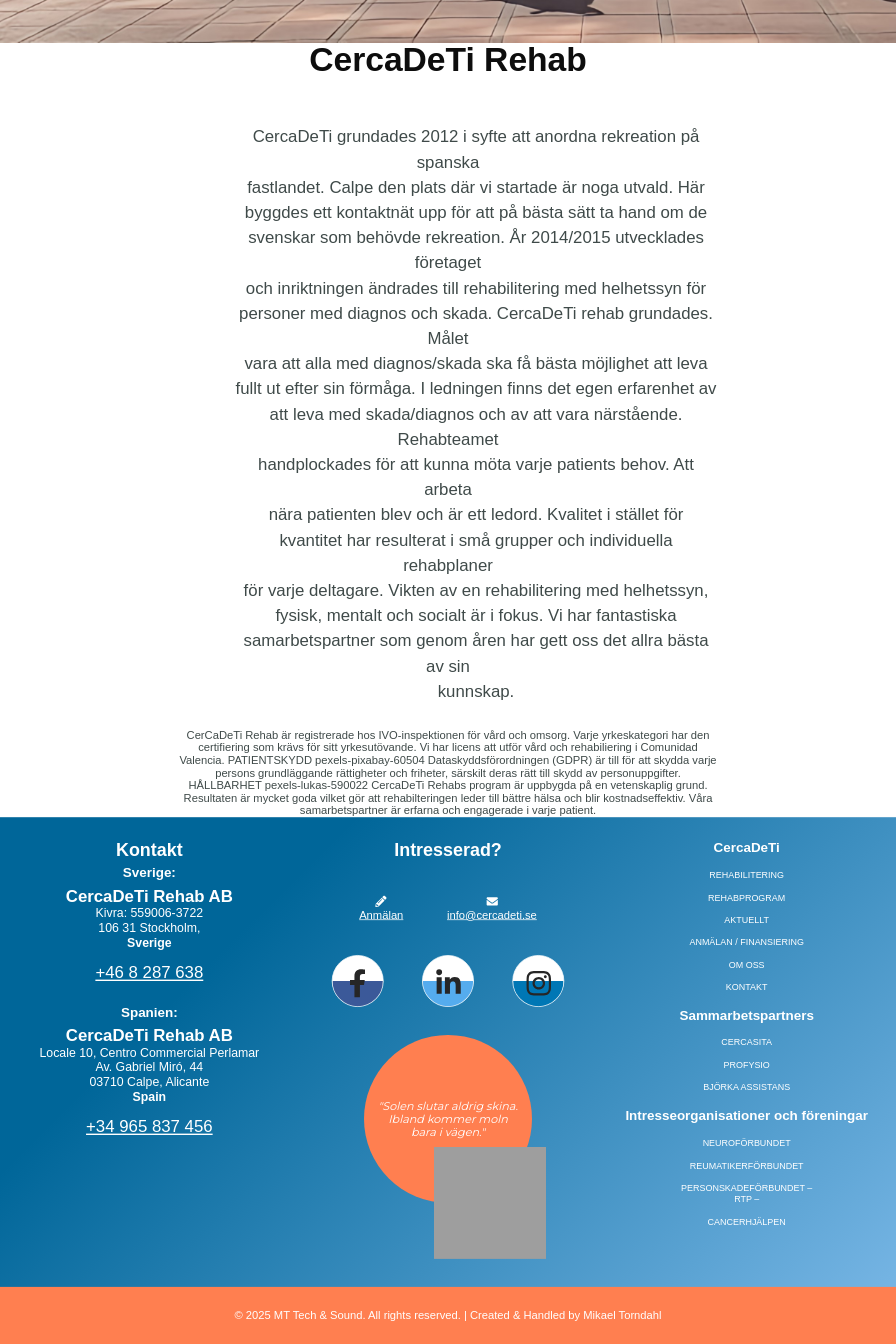
Repository: micketorndahl/CercaDeTi-rehab
Page: om-oss.html
The author's editor kept a copy of each file at every save. The page is drawn from the files as they stood at one save, then again after the next save.
The browser window is 1280 px wide. The pictures show the part of the page from y = 759 to 2679 px (the page is 2679 px tall), at 70% of full size.
Pictures or frames that could not be fetched are drawn as grey boxes. The page's requests for data from a server got no answer. Backgrounds fixed to the window are drawn as part of the page. Some web fonts or font styles are not loaded; a fallback is used. Some web libraries are served in a nearby version.

Above is the page before, as saved 2025-02-01 22:51:53.
Console error: TypeError: Cannot read properties of null (reading 'addEventListener')

After the next save:
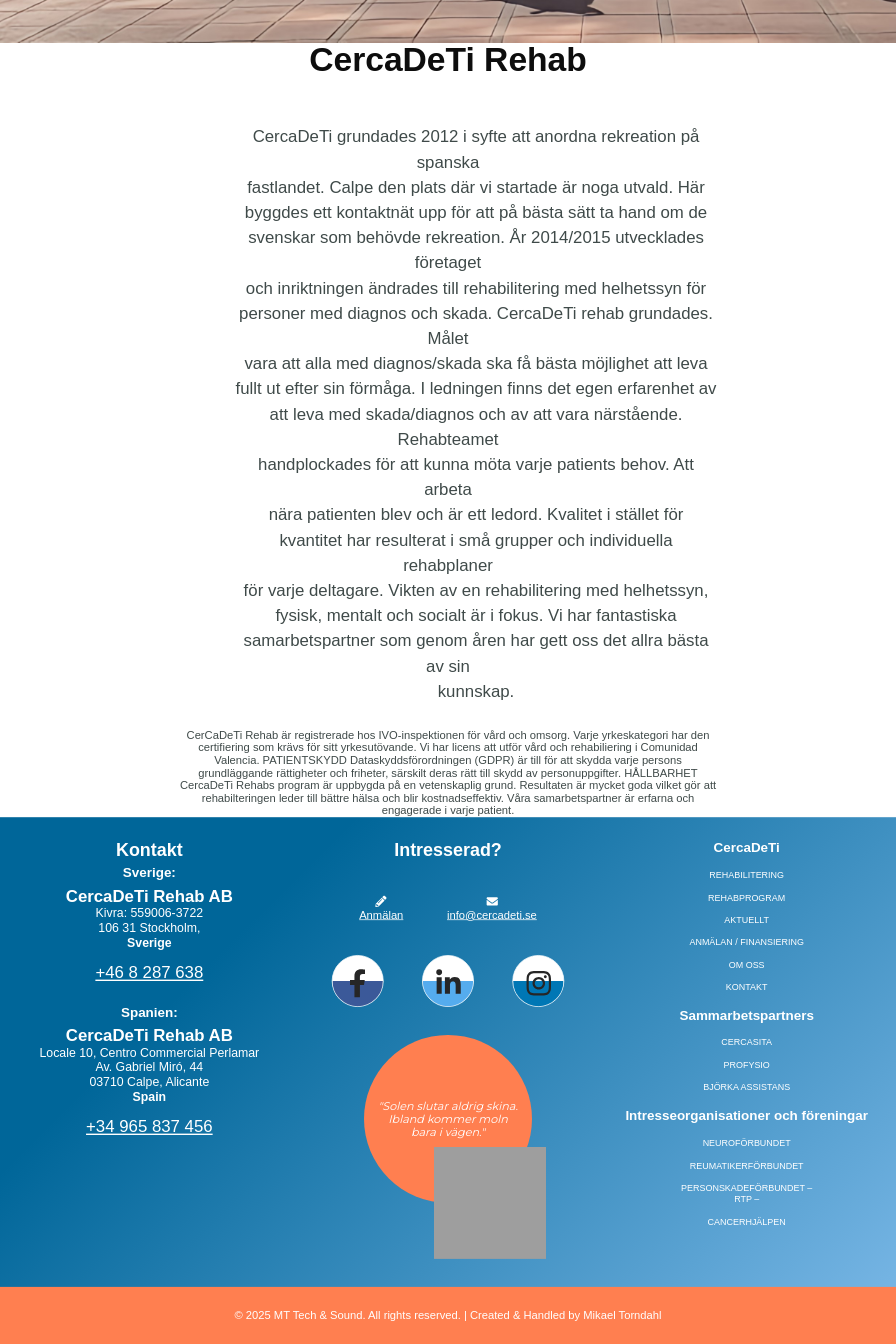
Saved 41 s later.
--- a/om-oss.html
+++ b/om-oss.html
@@ -104,14 +104,13 @@
           CerCaDeTi Rehab är registrerade hos IVO-inspektionen för vård och
           omsorg. Varje yrkeskategori har den certifiering som krävs för sitt
           yrkesutövande. Vi har licens att utför vård och rehabiliering i
-          Comunidad Valencia. PATIENTSKYDD pexels-pixabay-60504
-          Dataskyddsförordningen (GDPR) är till för att skydda varje persons
-          grundläggande rättigheter och friheter, särskilt deras rätt till skydd
-          av personuppgifter. HÅLLBARHET pexels-lukas-590022 CercaDeTi Rehabs
-          program är uppbygda på en vetenskaplig grund. Resultaten är mycket
-          goda vilket gör att rehabilteringen leder till bättre hälsa och blir
-          kostnadseffektiv. Våra samarbetspartner är erfarna och engagerade i
-          varje patient.
+          Comunidad Valencia. PATIENTSKYDD Dataskyddsförordningen (GDPR) är till
+          för att skydda varje persons grundläggande rättigheter och friheter,
+          särskilt deras rätt till skydd av personuppgifter. HÅLLBARHET
+          CercaDeTi Rehabs program är uppbygda på en vetenskaplig grund.
+          Resultaten är mycket goda vilket gör att rehabilteringen leder till
+          bättre hälsa och blir kostnadseffektiv. Våra samarbetspartner är
+          erfarna och engagerade i varje patient.
         </section>
         <aside class="sidebar-right">
           <h3></h3>
